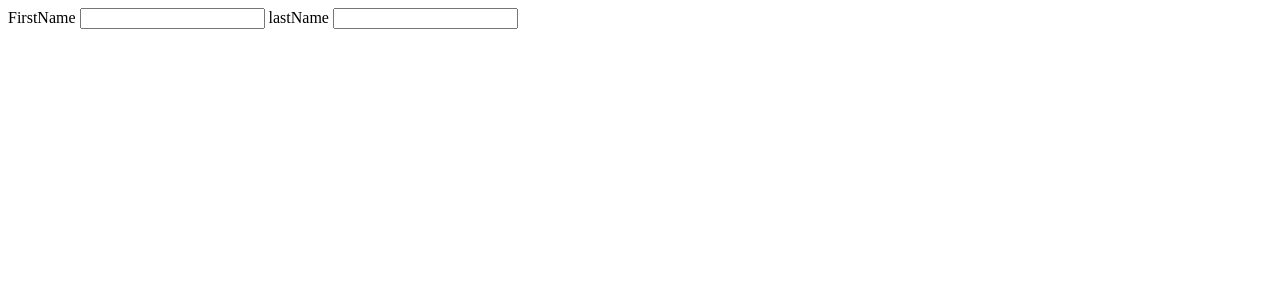
Repository: vikash9562/AdvanceJava
Page: http://localhost/DynamicProject/FirstServlet
These files come from the project's save history. The page is drawn as it stood at one moment and after the next save; the edit follows.
The browser window is 1280 px wide. The pictures show the whole page.
The page is served by Tomcat 9. Other server files are loaded and not shown.

Above is the page before, as saved 2023-08-16 09:31:51.

### advance java/DynamicProject/src/in/co/rays/ctl/FirstServlet.java
package in.co.rays.ctl;

import java.io.IOException;
import java.io.PrintWriter;
import java.text.ParseException;
import java.text.SimpleDateFormat;

import javax.servlet.ServletException;
import javax.servlet.annotation.WebServlet;
import javax.servlet.http.HttpServlet;
import javax.servlet.http.HttpServletRequest;
import javax.servlet.http.HttpServletResponse;

import in.co.rays.bean.UserBean;
import in.co.rays.model.UserModel;

@WebServlet("/FirstServlet")

public class FirstServlet extends HttpServlet {

	@Override
	protected void doGet(HttpServletRequest req, HttpServletResponse resp) throws ServletException, IOException {

		resp.setContentType("text/html");

		PrintWriter out = resp.getWriter();

		//out.println("<h1>Dynamic web project.......!!!!</h1>");
		out.println("<th>FirstName</th>");
		out.println("<td><input type='text' name='firstName'></td>");
		out.println(" ");
		out.println("<th>lastName</th>");
		out.println("<td><input type='text' name='lastName'></td>");

		out.close();




		out.close();



	}

	@Override
	protected void doPost(HttpServletRequest req, HttpServletResponse resp) throws ServletException, IOException {

		String firstName = req.getParameter("firstName");
		String lastName = req.getParameter("lastName");
		String loginId = req.getParameter("loginId");
		String password = req.getParameter("password");
		String dob = req.getParameter("dob");
		String address = req.getParameter("address");

		SimpleDateFormat sdf = new SimpleDateFormat("yyyy-MM-dd");

		UserBean bean = new UserBean();
		bean.setFist_name(firstName);
		bean.setLast_name(lastName);
		bean.setLogin_id(loginId);
		bean.setPassword(password);
		try {
			bean.setDob(sdf.parse(dob));
		} catch (ParseException e) {
			// TODO Auto-generated catch block
			e.printStackTrace();
		}
		bean.setAddress(address);

		UserModel model = new UserModel();
		try {
			model.add(bean);
		} catch (Exception e) {
			// TODO Auto-generated catch block
			e.printStackTrace();
		}

		}

}

After the next save:
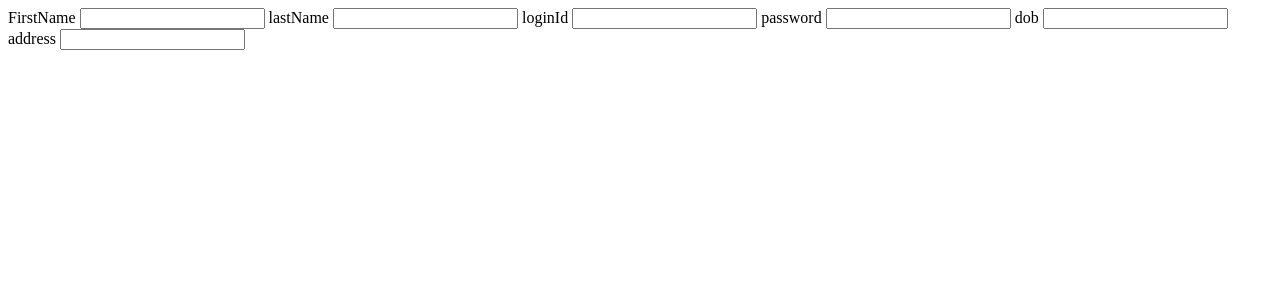
Saved 9 s later.
--- a/advance java/DynamicProject/src/in/co/rays/ctl/FirstServlet.java
+++ b/advance java/DynamicProject/src/in/co/rays/ctl/FirstServlet.java
@@ -28,13 +28,21 @@ public class FirstServlet extends HttpServlet {
 		//out.println("<h1>Dynamic web project.......!!!!</h1>");
 		out.println("<th>FirstName</th>");
 		out.println("<td><input type='text' name='firstName'></td>");
-		out.println(" ");
+
 		out.println("<th>lastName</th>");
 		out.println("<td><input type='text' name='lastName'></td>");
 
-		out.close();
+		out.println("<th>loginId</th>");
+		out.println("<td><input type='text' name='loginId'></td>");
 
+		out.println("<th>password</th>");
+		out.println("<td><input type='text' name='password'></td>");
 
+		out.println("<th>dob</th>");
+		out.println("<td><input type='text' name='dob'></td>");
+
+		out.println("<th>address</th>");
+		out.println("<td><input type='text' name='address'></td>");
 
 
 		out.close();
